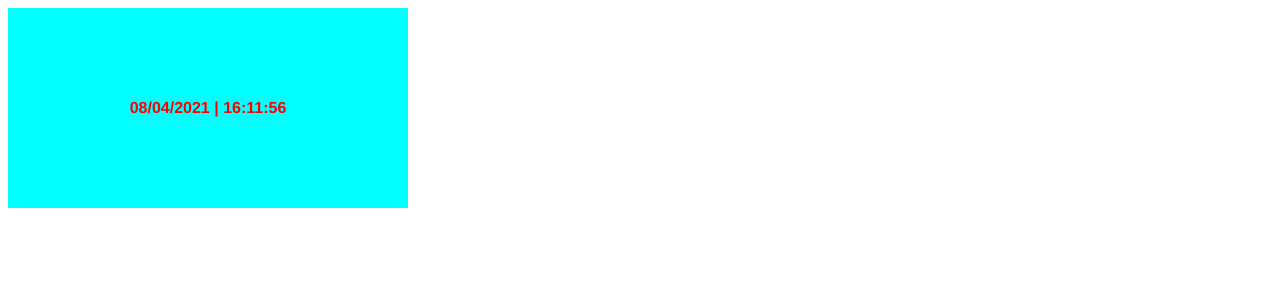
Repository: Widzisz/zadania-JavaScript
Page: www/index.html
The author's editor kept a copy of each file at every save. The page is drawn from the files as they stood at one save, then again after the next save.
The browser window is 1280 px wide. The pictures show the whole page.

Above is the page before, as saved 2021-04-08 18:32:14.

After the next save:
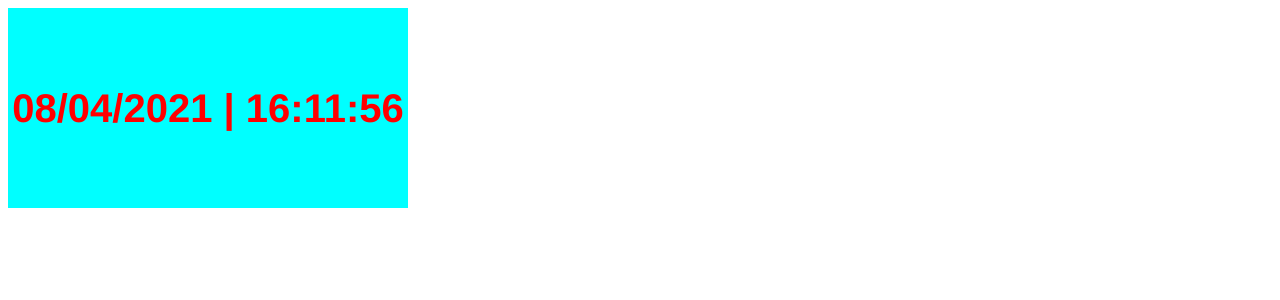
Saved 8 s later.
--- a/www/main.css
+++ b/www/main.css
@@ -9,7 +9,7 @@
 
 #zegar {
     font-family: 'Franklin Gothic Medium', 'Arial Narrow', Arial, sans-serif;
-    font-size: 900;
+    font-size: 40px;
     font-weight: bold;
     color: red;
 
